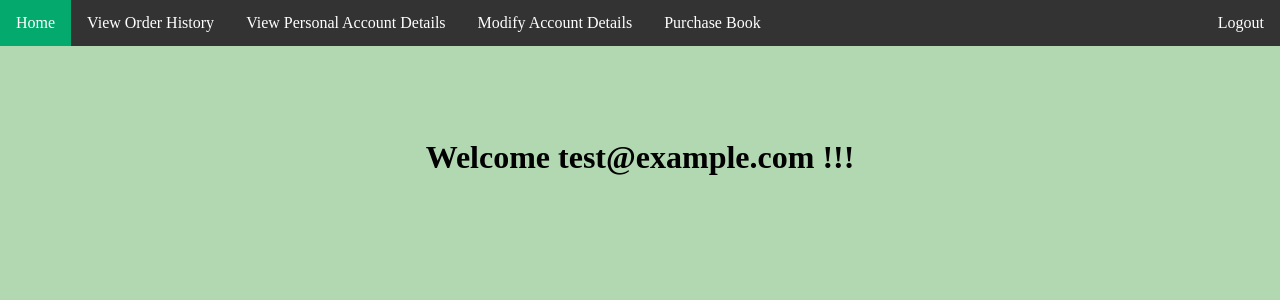
Repository: sach7691/original-book-store
Page: http://localhost/online-book-store-application/dashboard.jsp
The author's editor kept a copy of each file at every save. The page is drawn from the files as they stood at one save, then again after the next save.
The browser window is 1280 px wide. The pictures show the whole page.
The page is served by Tomcat 9. The session is filled in as if someone had signed in: {"email": "test@example.com"}. Other server files are loaded and not shown.

Above is the page before, as saved 2022-08-31 18:48:12.

### online-book-store-application/src/main/webapp/dashboard.jsp

<%@ page language="java" contentType="text/html; charset=ISO-8859-1"
	pageEncoding="ISO-8859-1"%>
<%@ taglib uri="http://java.sun.com/jsp/jstl/core" prefix="c"%>
<!DOCTYPE html>
<html>
<head>
<meta charset="ISO-8859-1">
<meta name="viewport" content="width=device-width, initial-scale=1.0">
<title>Dashboard</title>
</head>
<body>
	<%

  response.setHeader("Cache-Control", "no-cache,no-store,must-revalidate"); //prevent back button after logout HTTP 1.1
  //HTTP 1.0 and if you use proxy seperatly should remove cache to prevent back button
   response.setHeader("Pragma","no-cache"); //HTTP 1.0
   response.setDateHeader ("Expires", 0);
  if(session.getAttribute("email")==null){
	response.sendRedirect("login.jsp");
}
%>
<style>


body
{
  margin: 0;
  background: rgba(0, 128, 0, 0.3);

}
 letter {
   color: #ea503f;
   font-family: Arial;
   float: center;
 }

ul.topnav {
  list-style-type: none;
  margin: 0;
  padding: 0;
  overflow: hidden;
  background-color: #333;
}

ul.topnav li {float: left;}

ul.topnav li a {
  display: block;
  color: white;
  text-align: center;
  padding: 14px 16px;
  text-decoration: none;
}

ul.topnav li a:hover:not(.active) {background-color: #111;}

ul.topnav li a.active {background-color: #04AA6D;}

ul.topnav li.right {float: right;}

@media screen and (max-width: 600px) {
  ul.topnav li.right,
  ul.topnav li {float: none;}
}
</style>
</head>
<body>
<form action="http://localhost:8080/online-book-store-application/LogoutCustomerServlet" method="GET">
<div>
<ul class="topnav">
  <li><a class="active" href="welcome.jsp">Home</a></li>
  <li><a  href="">View Order History</a></li>
  <li><a href="http://localhost:8080/online-book-store-application/AccountDetailsServlet">View Personal Account Details</a></li>
  <li><a href="">Modify Account Details</a></li>
  <li><a href="">Purchase Book</a></li>
  <li class="right"><a href="login.jsp">Logout</a></li>
</ul>
<br>
<br>
<br>
<br>
</div>
</form>
<form action="http://localhost:8080/online-book-store-application/AccountDetailsServlet"  method="GET">
<%

String email = (String)session.getAttribute("email");

%>
<center>
<div>
<p style="color: red;"><h1>Welcome ${email} !!!</h1></p>
</div>

 <input type="text" id="email" name="email" value= "${email}" hidden="" >
 </form>
</center>
</body>
</html>

After the next save:
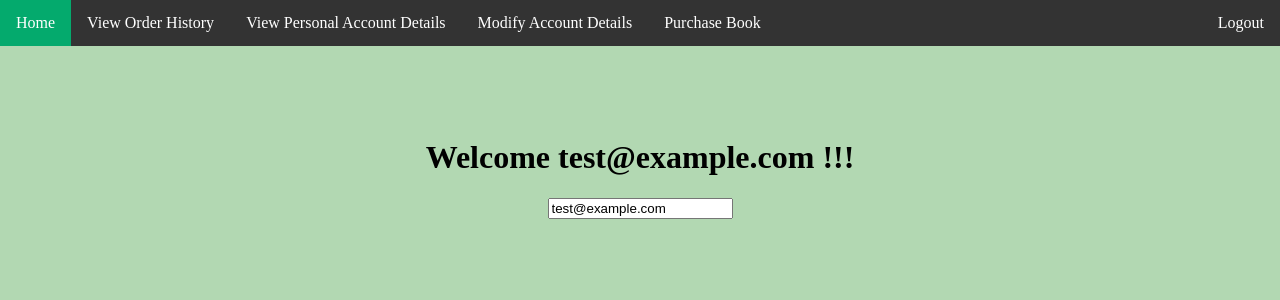
Saved 76 s later.
--- a/online-book-store-application/src/main/webapp/dashboard.jsp
+++ b/online-book-store-application/src/main/webapp/dashboard.jsp
@@ -93,7 +93,7 @@
 <p style="color: red;"><h1>Welcome ${email} !!!</h1></p>
 </div>
 
- <input type="text" id="email" name="email" value= "${email}" hidden="" >
+ <input type="text" id="email" name="email" value= "${email}"  >
  </form>
 </center>
 </body>

After the save that followed:
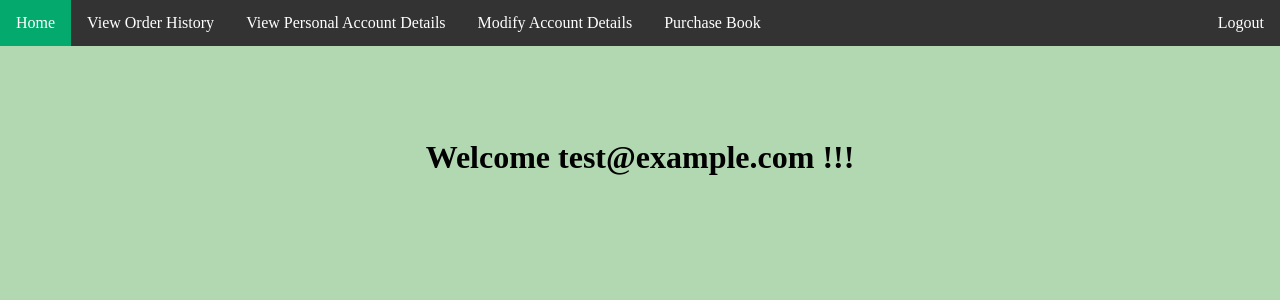
Saved 74 s later.
--- a/online-book-store-application/src/main/webapp/dashboard.jsp
+++ b/online-book-store-application/src/main/webapp/dashboard.jsp
@@ -93,7 +93,7 @@
 <p style="color: red;"><h1>Welcome ${email} !!!</h1></p>
 </div>
 
- <input type="text" id="email" name="email" value= "${email}"  >
+ <input type="text" id="email" name="email" value= "${email}" hidden="" >
  </form>
 </center>
 </body>
